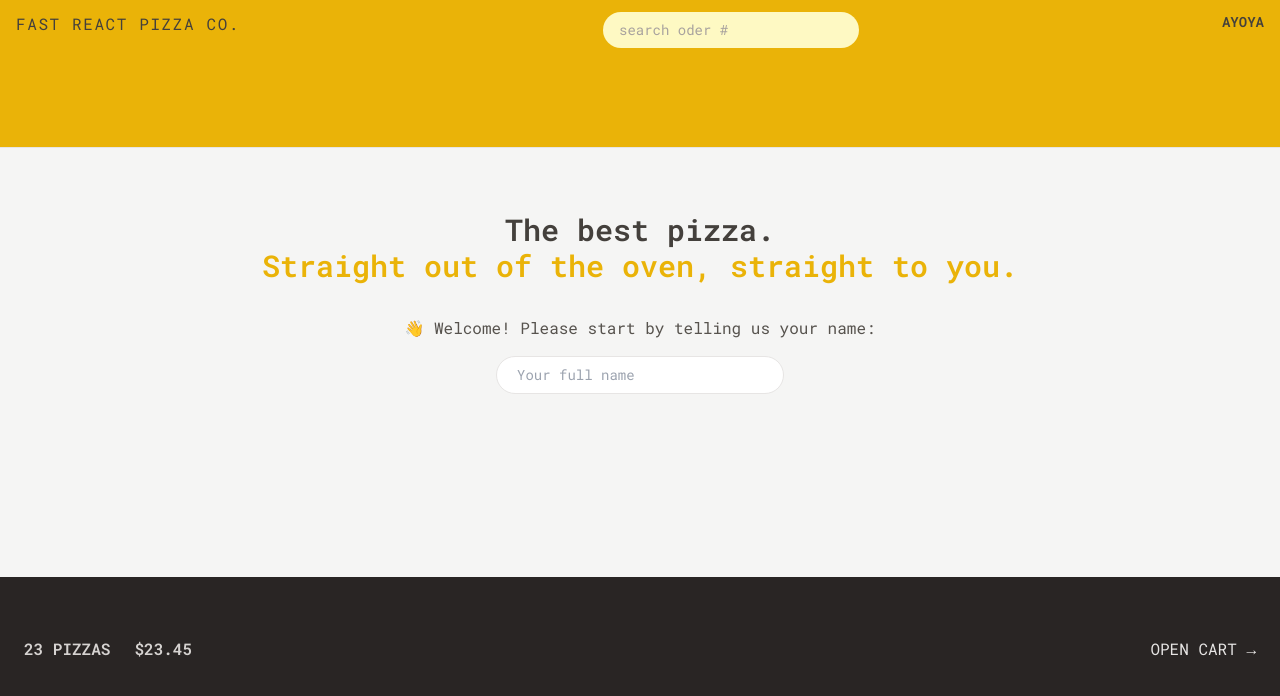
Repository: ayakhaled0001/pizza-delivery
Page: /
These files come from the project's save history. The page is drawn as it stood at one moment and after the next save; the edit follows.
The browser window is 1280 px wide. The pictures show the whole page.
The project was rebuilt for these pictures with package versions that can differ from the ones it lists, and the page was loaded fresh each time. Also part of the build but not shown: vite.config.js, src/ui/Button.jsx, src/services/apiRestaurant.jsx, src/utilities/helpers.jsx, src/features/menu/MenuItem.jsx, src/features/menu/Menu.jsx, src/ui/LinkButton.jsx, src/features/cart/CartItem.jsx and 5 more. Imported but missing from the stored project, and not drawn on this page: src/features/order/CreateOrder.

Above is the page before, as saved 2025-05-08 20:40:07.

### index.html
<!DOCTYPE html>
<html lang="en">
  <head>
    <meta charset="UTF-8" />
    <link rel="icon" type="image/svg+xml" href="/vite.svg" />
    <meta name="viewport" content="width=device-width, initial-scale=1.0" />
    <link rel="preconnect" href="https://fonts.googleapis.com" />
    <link rel="preconnect" href="https://fonts.gstatic.com" crossorigin />
    <link
      href="https://fonts.googleapis.com/css2?family=Roboto+Mono:ital,wght@0,100..700;1,100..700&display=swap"
      rel="stylesheet" />
    <title>fast react pizza</title>
  </head>
  <body class="bg-stone-100 text-stone-700">
    <div id="root"></div>
    <script type="module" src="/src/main.jsx"></script>
  </body>
</html>

### src/main.jsx
import { StrictMode } from "react";
import { createRoot } from "react-dom/client";
import App from "./App.jsx";
import "./index.css";
import { Provider } from "react-redux";
import store from "./store.js";

createRoot(document.getElementById("root")).render(
  <StrictMode>
    <Provider store={store}>
      <App />
    </Provider>
  </StrictMode>
);

### src/App.jsx
import { createBrowserRouter, RouterProvider } from "react-router-dom";
import Home from "./ui/Home";
import Menu, { loader as menuLoader } from "./features/menu/Menu";
import Cart from "./features/cart/Cart";
import CreateOrder, {
  action as CreateOrderAction,
} from "./features/order/CreateOrder";
import Order, { loader as orderLoader } from "./features/order/Order";
import AppLayout from "./ui/AppLayout";
import Error from "./ui/Error";
const router = createBrowserRouter([
  {
    element: <AppLayout />,
    children: [
      { path: "/", element: <Home /> },
      {
        path: "/menu",
        element: <Menu />,
        loader: menuLoader,
        errorElement: <Error />,
      },
      { path: "/cart", element: <Cart /> },
      {
        path: "/order/new",
        element: <CreateOrder />,
        action: CreateOrderAction,
      },
      {
        path: "/order/:orderId",
        element: <Order />,
        loader: orderLoader,
        errorElement: <Error />,
      },
    ],
  },
]);
function App() {
  return <RouterProvider router={router} />;
}

export default App;

### src/index.css
@tailwind base;
@tailwind components;
@tailwind utilities;

@layer components {
  .input {
    @apply rounded-full border
    border-stone-200
    px-4 py-2 text-sm transition-all
    duration-300 focus:outline-none
    focus:ring focus:ring-yellow-400
    md:px-5;
  }

  .loader {
    width: 45px;
    aspect-ratio: 0.75;
    --c: no-repeat linear-gradient(theme(colors.stone.700) 0 0);
    background: var(--c) 0% 50%, var(--c) 50% 50%, var(--c) 100% 50%;
    background-size: 20% 50%;
    animation: loading 1s infinite linear;
  }

  @keyframes loading {
    20% {
      background-position: 0% 0%, 50% 50%, 100% 50%;
    }
    40% {
      background-position: 0% 100%, 50% 0%, 100% 50%;
    }
    60% {
      background-position: 0% 50%, 50% 100%, 100% 0%;
    }
    80% {
      background-position: 0% 50%, 50% 50%, 100% 100%;
    }
  }
}

/* body {
  font-family: system-ui, -apple-system, BlinkMacSystemFont, "Segoe UI", Roboto,
    Oxygen, Ubuntu, Cantarell, "Open Sans", "Helvetica Neue", sans-serif;
  background-color: #f7f7f7;
  color: #444;
}

.layout {
  display: grid;
  grid-template-rows: auto 1fr auto;
  gap: 32px;
  height: 100dvh;
} */

/* https://dev.to/afif/i-made-100-css-loaders-for-your-next-project-4eje */

### src/store.js
import { configureStore } from "@reduxjs/toolkit";

import userReducer from "./features/user/userSlice";
const store = configureStore({
  reducer: {
    user: userReducer,
  },
});

export default store;

### src/ui/Home.jsx
import CreateUser from "../features/user/CreateUser";
function Home() {
  return (
    <div className="my-10 text-center sm:my-16 ">
      <h1 className=" mb-8 text-xl  font-semibold md:text-3xl ">
        The best pizza.
        <br />
        <span className="text-yellow-500">
          Straight out of the oven, straight to you.
        </span>
      </h1>
      <CreateUser />
    </div>
  );
}

export default Home;

### src/ui/AppLayout.jsx
import Header from "./Header";
import CartOverview from "../features/cart/CartOverview";
import { Outlet, useNavigation } from "react-router-dom";
import Loader from "./Loader";

function AppLayout() {
  const navigation = useNavigation();
  const isLoading = navigation.state === "loading";
  console.log(navigation.state);
  return (
    <div className="grid h-screen grid-row-[auto_1fr_auto]">
      {isLoading && <Loader />}

      <Header />
      <div className="">
        <main className="max-w-3xl mx-auto">
          <Outlet />
        </main>
      </div>
      <CartOverview />
    </div>
  );
}

export default AppLayout;

### src/features/user/userSlice.js
// function getPosition() {
//   return new Promise(function (resolve, reject) {
//     navigator.geolocation.getCurrentPosition(resolve, reject);
//   });
// }

import { createSlice } from "@reduxjs/toolkit";

// async function fetchAddress() {
//   // 1) We get the user's geolocation position
//   const positionObj = await getPosition();
//   const position = {
//     latitude: positionObj.coords.latitude,
//     longitude: positionObj.coords.longitude,
//   };

//   // 2) Then we use a reverse geocoding API to get a description of the user's address, so we can display it the order form, so that the user can correct it if wrong
//   const addressObj = await getAddress(position);
//   const address = `${addressObj?.locality}, ${addressObj?.city} ${addressObj?.postcode}, ${addressObj?.countryName}`;

//   // 3) Then we return an object with the data that we are interested in
//   return { position, address };
// }

const initialState = {
  userName: "",
};

const userSlice = createSlice({
  name: "user",
  initialState,
  reducers: {
    updateName(state, action) {
      state.userName = action.payload;
    },
  },
});

export const { updateName } = userSlice.actions;

export default userSlice.reducer;

### src/features/user/CreateUser.jsx
import { useState } from "react";
import Button from "../../ui/Button";

function CreateUser() {
  const [username, setUsername] = useState("");

  function handleSubmit(e) {
    e.preventDefault();
  }

  return (
    <form onSubmit={handleSubmit}>
      <p className="mb-4 text-sm text-stone-600 md:text-base">
        👋 Welcome! Please start by telling us your name:
      </p>

      <input
        type="text"
        placeholder="Your full name"
        value={username}
        className=" w-72 input mb-8"
        onChange={(e) => setUsername(e.target.value)}
      />

      {username !== "" && (
        <div>
          <Button>Start ordering</Button>
        </div>
      )}
    </form>
  );
}

export default CreateUser;

### src/ui/Header.jsx
import { Link } from "react-router-dom";
import SearchOrder from "../features/order/SearchOrder.jsx";
import UserName from "../features/user/UserName.jsx";

function Header() {
  return (
    <header className=" flex justify-between bg-yellow-500 px-4 py-3 uppercase border-b border-stone-200">
      <Link to="/" className="tracking-widest">
        Fast React Pizza Co.
      </Link>
      <SearchOrder />
      <UserName />
    </header>
  );
}

export default Header;

### src/features/cart/CartOverview.jsx
import { Link } from "react-router-dom";

function CartOverview() {
  return (
    <div
      className="bg-stone-800 text-stone-200 uppercase p-4 sm:px-6 px-4 py-4
    md:text-base flex items-center justify-between">
      <p className="text-stone-300 sm:space-x-6 font-semibold space-x-4">
        <span>23 pizzas</span>
        <span>$23.45</span>
      </p>
      <Link to="/cart">Open cart &rarr;</Link>
    </div>
  );
}

export default CartOverview;

### src/features/order/SearchOrder.jsx
import { useState } from "react";
import { useNavigate } from "react-router-dom";

function SearchOrder() {
  const [query, setQuery] = useState("");
  const navigate = useNavigate();
  function handleSubmit(e) {
    e.preventDefault();
    if (!query) return;
    navigate(`/order/${query}`);
    setQuery("");
  }
  return (
    <form onSubmit={handleSubmit}>
      <input
        placeholder="search oder #"
        value={query}
        onChange={(e) => setQuery(e.target.value)}
        className="duration-300 sm:w-64 focus:outline-none focus:ring
         focus:ring-yellow-500 focus:ring-opacity-50  sm:focus:w-72 transition-all w-28
         bg-yellow-100 rounded-full px-4 py-2 text-sm placeholder:text-stone-400"
      />
    </form>
  );
}

export default SearchOrder;

### src/features/user/UserName.jsx
function UserName() {
  return <div className="hidden md:block text-sm font-semibold">ayoya</div>;
}

export default UserName;

### tailwind.config.js
/** @type {import('tailwindcss').Config} */
export default {
  content: ["./index.html", "./src/**/*.{js,jsx,ts,tsx}"],
  theme: {
    fontFamily: {
      sans: "Roboto Mono , monospace",
    },
    extend: {
      fontSize: {
        huge: ["80rem", { lineHeight: "1" }],
      },
      height: {
        screen: "100dvh",
      },
    },
  },
  plugins: [],
};

After the next save:
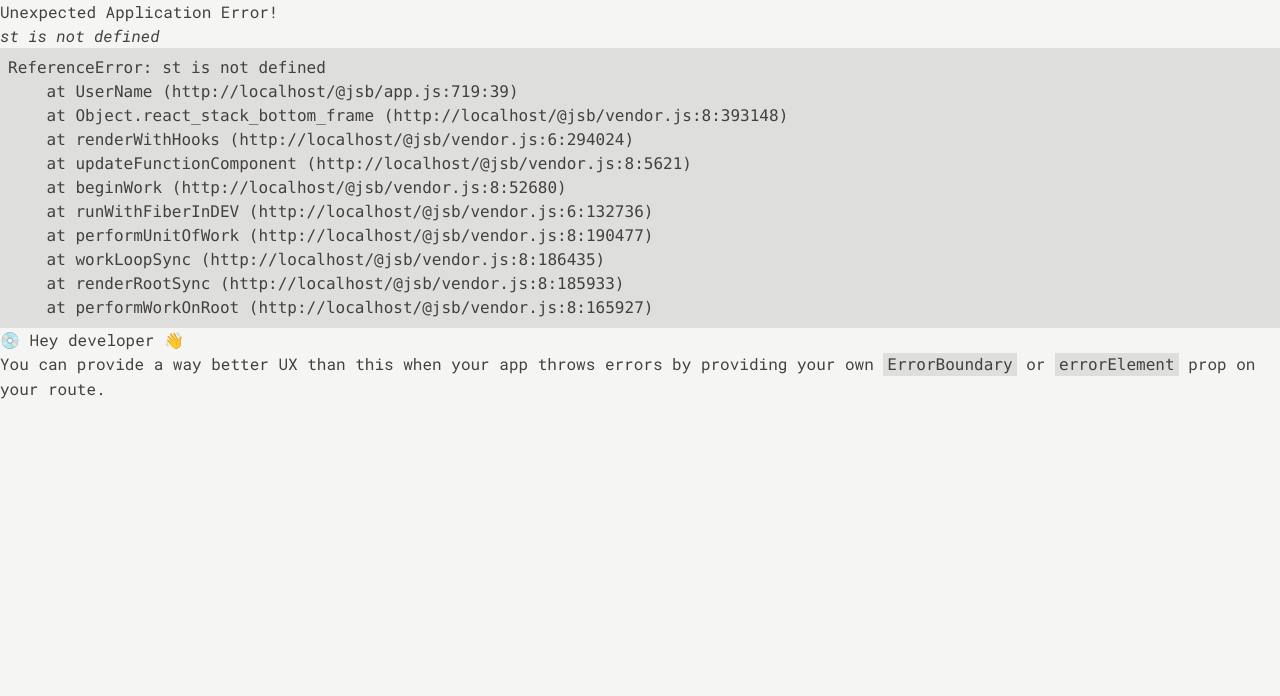
Saved 2 min 23 s later.
--- a/src/features/user/UserName.jsx
+++ b/src/features/user/UserName.jsx
@@ -1,4 +1,7 @@
+import { useSelector } from "react-redux";
+
 function UserName() {
+  useSelector(st);
   return <div className="hidden md:block text-sm font-semibold">ayoya</div>;
 }
 
